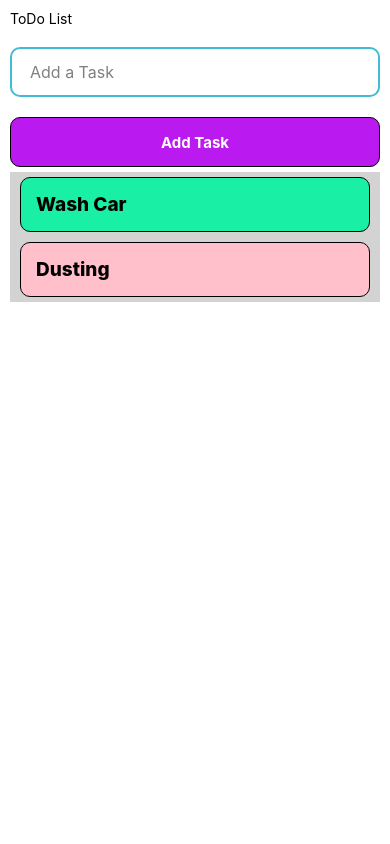
Repository: raisingh22/Projects
Screen: /
The author's editor kept a copy of each file at every save. The screen is drawn from the files as they stood at one save, then again after the next save.
The app was drawn by React Native's web renderer in a window 390 px wide. The project was rebuilt for these pictures with package versions that can differ from the ones it lists, and the page was loaded fresh each time.

Above is the screen before, as saved 2024-01-21 19:23:41.

### App.js
import { View, Text, SafeAreaView } from 'react-native'
import React from 'react'
import ToDo from './src/ToDoList/screens/ToDo'

const App = () => {
  return (
   <SafeAreaView style={{
    flex:1
   }}>
     <ToDo/>
   </SafeAreaView>
  )
}

export default App

### src/ToDoList/screens/ToDo.js
import {StyleSheet, Text, TextInput, View} from 'react-native';
import React from 'react';
import MyBtn from '../../components/MyBtn';
import MyFlatList from '../../components/MyFlatList';

const DummyData = [
  {
    id: '1',
    name: 'Wash Car',
  },
  {
    id: '2',
    name: 'Dusting'
  },
];
const ToDo = () => {
  return (
    <View
      style={{
        margin: 10,
      }}>
      <Text>ToDo List</Text>
      <TextInput
        placeholder="Add a Task"
        placeholderTextColor={'grey'}
        style={styles.textInput}
      />
      <MyBtn
        text={'Add Task'}
        btnStyle={{backgroundColor: '#ba19f0'}}
        textStyle={{
          fontSize: 15,
          fontWeight: 'bold',
        }}
      />
      <MyFlatList
        data={DummyData}
        // bounces={false}
        renderItem={(item, index) => (
          <View
            style={{
              flexDirection: 'row',
              justifyContent: 'space-between',
              alignItems: 'center',
              backgroundColor:  index % 2 === 0 ? '#19f0a5' :  'pink',
              padding: 15,
              borderWidth: 1,
              marginVertical: 5,
              borderRadius: 10,
              marginHorizontal: 10,
            }}>
            <Text style={{
                fontWeight:'800',
                fontSize:19
            }}>{item.name}</Text>

          </View>
        )}
      />
    </View>
  );
};

export default ToDo;

const styles = StyleSheet.create({
  textInput: {
    width: '100%',
    height: 50,
    marginVertical: 20,
    borderWidth: 2,
    paddingVertical: 14,
    paddingHorizontal: 18,
    fontSize: 16,
    borderColor: '#40bdd4',
    borderRadius: 10,
  },
});

### src/components/MyBtn.js
import {StyleSheet, Text, TouchableOpacity, View} from 'react-native';
import React from 'react';

const MyBtn = ({text, onPress, btnStyle , textStyle}) => {
  return (
    <TouchableOpacity style={[styles.btn, btnStyle]} onPress={onPress}>
      <Text style={[styles.btnText, textStyle]} >{text}</Text>
    </TouchableOpacity>
  );
};

export default MyBtn;

const styles = StyleSheet.create({
  btn: {
    width: '100%',
    height: 50,
    backgroundColor: 'black',
    borderWidth: 1,
    borderRadius: 10,
    alignItems: 'center',
    justifyContent: 'center',
  },
  btnText: {
    color: 'white',
    // You can add more text styles here if needed
  },
});

### src/components/MyFlatList.js
import {FlatList, StyleSheet, Text, View} from 'react-native';
import React from 'react';

const MyFlatList = ({data, renderItem = (item, index) => {},bounces}) => {
  return (
    <FlatList
    bounces={bounces}
      data={data}
      renderItem={({item, index}) => renderItem(item, index)}
      keyExtractor={item => item.id.toString()}
      style={styles.list}
    />
  );
};

export default MyFlatList;

const styles = StyleSheet.create({
    list: {
        marginVertical:5,
        // flex: 1, // Example: Expand the FlatList to fill available space
        backgroundColor: 'lightgray', // Example: Set background color
        height:"50%"
      },
});

After the next save:
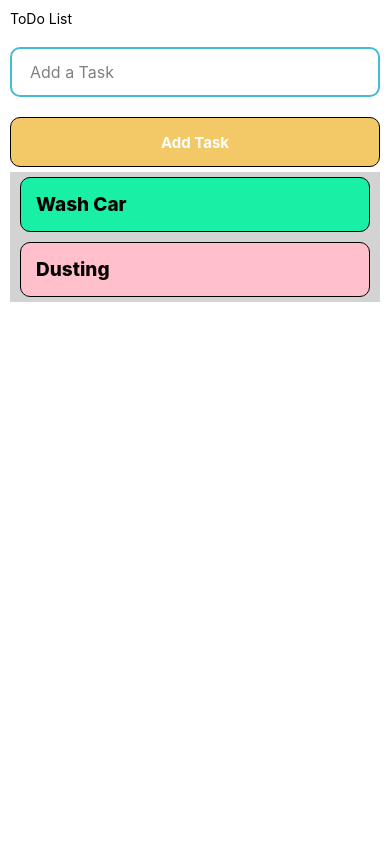
Saved 10 s later.
--- a/src/ToDoList/screens/ToDo.js
+++ b/src/ToDoList/screens/ToDo.js
@@ -27,7 +27,7 @@ const ToDo = () => {
       />
       <MyBtn
         text={'Add Task'}
-        btnStyle={{backgroundColor: '#ba19f0'}}
+        btnStyle={{backgroundColor: '#f3c968'}}
         textStyle={{
           fontSize: 15,
           fontWeight: 'bold',
